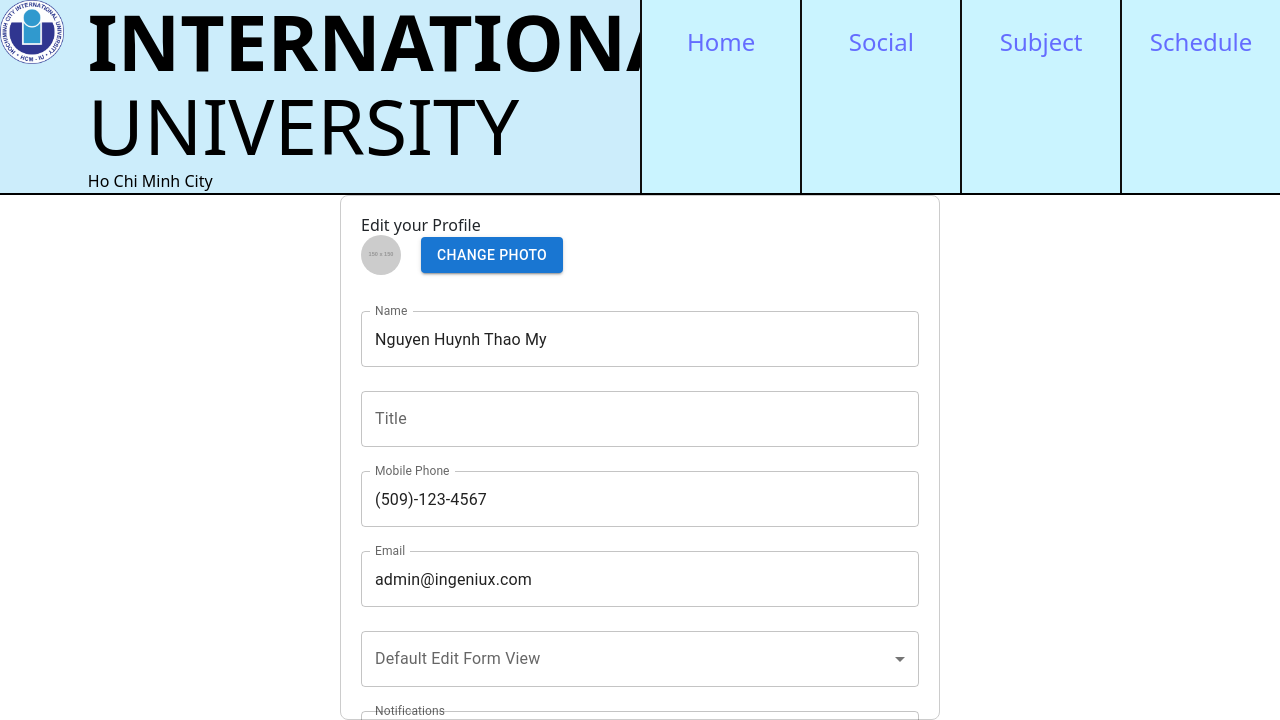
Repository: HarryZ2k3/Cirriculum_manager_SEProj
Page: /edit (app in frontend/)
These files come from the project's save history. The page is drawn as it stood at one moment and after the next save; the edit follows.
The browser window is 1280 px wide. The pictures show the whole page.
The project was rebuilt for these pictures with package versions that can differ from the ones it lists, and the page was loaded fresh each time. Also part of the build but not shown: frontend/vite.config.js, frontend/src/utils/Transition.jsx, frontend/src/pages/NotFound.jsx, frontend/src/routes/Home/HomeComponents.jsx, frontend/src/routes/Home/Home.jsx, frontend/src/routes/LoginSign/Login.jsx, frontend/src/routes/LoginSign/Register.jsx, frontend/src/routes/Subject/Grade.jsx and 9 more.

Above is the page before, as saved 2024-06-09 22:46:41.

### frontend/src/main.jsx
import React from 'react';
import ReactDOM from 'react-dom/client';
//import { Provider } from 'react-redux';
//import { store } from '../src/redux/reducer/index'; // Adjust the path as needed
import App from './App.jsx';
import './index.css';
import { BrowserRouter as Router } from 'react-router-dom';

ReactDOM.createRoot(document.getElementById('root')).render(
  <React.StrictMode>
      <Router>
        <App />
      </Router>
  </React.StrictMode>,
);

### frontend/src/App.jsx
import AnimatedRoutes from './AnimatedRoutes'
import Header from './components/Header'
// import Footer from './components/Footer'

export default function App() {
	return (
		<div className="flex h-screen flex-col">
			<Header />
			<div className="flex flex-1 overflow-hidden">
				<AnimatedRoutes />
			</div>
			{/* <Footer /> */}
		</div>
	)
}

### frontend/src/index.css
:root {
  font-family: Inter, system-ui, Avenir, Helvetica, Arial, sans-serif;
  line-height: 1.5;
  font-weight: 400;

  color-scheme: light dark;
  color: rgba(255, 255, 255, 0.87);
  background-color: #242424;

  font-synthesis: none;
  text-rendering: optimizeLegibility;
  -webkit-font-smoothing: antialiased;
  -moz-osx-font-smoothing: grayscale;
}
@tailwind base;
@tailwind components;
@tailwind utilities;
a {
  font-weight: 500;
  color: #646cff;
  text-decoration: inherit;
}
a:hover {
  color: #535bf2;
}

body {
  margin: 0;
  display: flex;
  place-items: center;
  min-width: 320px;
  min-height: 100vh;
}

h1 {
  font-size: 3.2em;
  line-height: 1.1;
}

button {
  border-radius: 8px;
  border: 1px solid transparent;
  padding: 0.6em 1.2em;
  font-size: 1em;
  font-weight: 500;
  font-family: inherit;
  background-color: #1a1a1a;
  cursor: pointer;
  transition: border-color 0.25s;
}
button:hover {
  border-color: #646cff;
}
button:focus,
button:focus-visible {
  outline: 4px auto -webkit-focus-ring-color;
}

@media (prefers-color-scheme: light) {
  :root {
    color: #213547;
    background-color: #ffffff;
  }
  a:hover {
    color: #747bff;
  }
  button {
    background-color: #f9f9f9;
  }
}

### frontend/src/AnimatedRoutes.jsx
import { Routes, Route, Navigate } from 'react-router-dom'

// Pages
import NotFound from './pages/NotFound'
import Home from './routes/Home/Home'
import Login from './routes/LoginSign/Login'
import Register from './routes/LoginSign/Register'
import Grade from './routes/Subject/Grade'
import Subject from './routes/Subject/Subject'
import Schedule from './routes/Schedule/Schedule'
import Profile from './routes/Profile/Profile'
import Edit from './routes/Edit/Edit'
import Admin from './routes/Admin/Admin'
//import System from './routes/System.jsx'
//import PageLayout from  './routes/pageLayout.jsx'
import "bootstrap/dist/css/bootstrap.min.css"

// export default function AnimatedRoutes() {
// 	return (

		// <Routes>
		// 	<Route path="/" element={<Navigate to="/login" />} />
		// 	<Route path="/login" element={<Login />} />
		// 	<Route path="/register" element={<Register />} />
		// 	{/* <Route path='' element={<System/>}> */}
		// 		{/* <Route path='' element={<PageLayout/>}> */}
		// 			<Route path="/home" element={<Home />} />
		// 			<Route path="/grade" element={<Grade />} />
		// 			<Route path="/profile" element={<Profile />} />
		// 			<Route path="/edit" element={<Edit />} />
		// 			<Route path="/subject" element={<Subject />} />
		// 			<Route path="/schedule" element={<Schedule />} />
		// 			<Route path="/register" element={<Register />} />
		// 			<Route path="*" element={<NotFound />} />
		// 			<Route path="/admin" element = {<Admin/>}/>
		// 			{/* <Route path="/social" element = {<Social/>}/> */}
		// 		{/* </Route> */}
		// 	{/* </Route> */}
		// </Routes>
// 	)
// }


const App = () => {


  return (
	<Routes>
		<Route path="/" element={<Navigate to="/login" />} />
		<Route path="/login" element={<Login />} />
		<Route path="/register" element={<Register />} />
		{/* <Route path='' element={<System/>}> */}
				<Route path="/home" element={<Home />} />
				<Route path="/grade" element={<Grade />} />
				<Route path="/profile" element={<Profile />} />
				<Route path="/edit" element={<Edit />} />
				<Route path="/subject" element={<Subject />} />
				<Route path="/schedule" element={<Schedule />} />
				<Route path="/register" element={<Register />} />
				<Route path="*" element={<NotFound />} />
				<Route path="/admin" element = {<Admin/>}/>
				{/* <Route path="/social" element = {<Social/>}/> */}
		{/* </Route> */}
	</Routes>
  );
}

export default App;

### frontend/src/components/Header.jsx
import { Link } from 'react-router-dom'
import Logo from '../assets/logo/logo.png'

export default function Header() {
	return (
		<header className="flex justify-between divide-x-2 divide-black border-b-2 border-black text-[1.5rem] text-black">
			<div className="flex w-1/2 gap-6 bg-header_bold">
				<img className="inline-block h-16 w-auto" src={Logo} alt="Logo IU" />
				<div className="flex flex-col items-start justify-center">
					<h1 className="uppercase">
						<span className="font-bold">International</span> University
					</h1>
					<span className="text-[1rem]">Ho Chi Minh City</span>
				</div>
			</div>
			<div className="w-1/2">
				<ul className="flex h-full justify-between divide-x-2 divide-black bg-header_light">
					<li className="flex w-full justify-center">
						<Link className="p-4" to="/">
							Home
						</Link>
					</li>
					<li className="flex w-full justify-center">
						<Link className="p-4" to="/social">
							Social
						</Link>
					</li>
					<li className="flex w-full justify-center">
						<Link className="p-4" to="/subject">
							Subject
						</Link>
					</li>
					<li className="flex w-full justify-center">
						<Link className="p-4" to="/schedule">
							Schedule
						</Link>
					</li>
				</ul>
			</div>
		</header>
	)
}

### frontend/src/routes/Edit/Edit.jsx
// import Transition from '../../utils/Transition'

// import { Announcement} from './EditComponents'
// const myData = ["Name Nguyen Huynh Thao My", "ITCSIU21204", "31-03-2003", "0911 884 771", "ITCSIU21204@student.hcmiu.edu.vn", "Vietnam"]
// import { Link } from 'react-router-dom'

// function Edit() {
//   return (
//       <Transition className="flex flex-grow bg-gradient-to-b from-background_top from-0% via-background_mid via-66% to-background_bottom to-100%">
//       {/* <Link to="/login">
//         <button className="my-3 bg-blue-500 hover:bg-blue-700 text-white font-bold py-2 px-4 border border-blue-700 rounded">
//           Login please
//         </button>
//       </Link> */}
//       {/* Main content 3/4 */}

//       {/* Side bar 1/4 */}
//       <div className="flex w-1/3 flex-grow flex-col justify-between overflow-y-auto px-8 py-4">
//         {/* Profile */}
//         <div className="mt-4 flex flex-col items-center justify-center gap-3">
//             <img
//               className="w-48 rounded-full"
//               src="https://placehold.co/400"
//               alt="Avatar"
//             />
//             {/* <h3 className="text-2xl">Mia James</h3> */}
//             <h3 className="text-2xl">JPG or PNG no larger than 5MB</h3>
//             <div>

//             </div>
//         </div>
//       </div>
//       <div className="flex w-2/3 flex-grow flex-col overflow-hidden px-8 py-4">
//             <h1 className="text-left align-middle text-[3rem] text-text_blue tracking-wider">
//                 User information configuration
//                 {/* Name Nguyen Huynh Thao My
//                 ID_card ITCSIU21204
//                 phone +84 911 884 771
//                 gmail: ITCSIU21204@student.hcmiu.edu.vn
//                 religion: Vietnam */}
//             </h1>
//             <div className="flex h-full w-full flex-col gap-2 overflow-y-auto z-10">
//                 {/* Fake data */}
//                 {Array.from({ length: 6 }, (_, i) => (
//                     <Announcement
//                         key={i}
//                         content={myData[i]}
//                     />
//                 ))}
//             </div>
//             <div className="flex w-1/3 flex-grow flex-col justify-between overflow-hidden px-8 py-4">
//         {/* Link to Profile */}
//             <div className="flex items-center justify-evenly gap-2">
//                     <div className="rounded-lg px-3 text-center">
//                         <Link to="/profile">
//                             <button className="rounded-2xl bg-white text-black p-2 px-3">
//                                 Save
//                             </button>
//                         </Link>
//                     </div>
//                     <div className="rounded-lg px-3 text-center">
//                         <Link to="/profile">
//                             <button className="rounded-2xl bg-white text-black p-2 px-3">
//                                 Cancel
//                             </button>
//                         </Link>
//                     </div>

//             </div>
//       </div>
//     </div>

//     </Transition>
//   )
// }

// export default Edit


import { useState } from 'react';
import { Button, TextField, MenuItem, Select, FormControl, InputLabel, Box, Avatar } from '@mui/material';
import './Edit.css';

const Edit = () => {
  const [profile, setProfile] = useState({
    name: 'Nguyen Huynh Thao My',
    StudentID: 'Administrator',
    organization: 'Ingeniux',
    mobilePhone: '(509)-123-4567',
    email: 'admin@ingeniux.com',
    defaultView: '',
    notifications: 'Jobdone',
    dashboardPreferences: '',
    photo: 'https://via.placeholder.com/150'
  });

  const handleInputChange = (e) => {
    const { name, value } = e.target;
    setProfile({ ...profile, [name]: value });
  };

  const handlePhotoChange = (e) => {
    const reader = new FileReader();
    reader.onload = () => {
      if (reader.readyState === 2) {
        setProfile({ ...profile, photo: reader.result });
      }
    };
    reader.readAsDataURL(e.target.files[0]);
  };

  const handleSubmit = (e) => {
    e.preventDefault();
    // Handle form submission
    console.log('Profile updated:', profile);
  };

  return (
    <Box className="profile-edit-container" component="form" onSubmit={handleSubmit}>
      <h2>Edit your Profile</h2>
      <Box className="profile-photo-section">
        <Avatar src={profile.photo} className="profile-avatar" />
        <Button variant="contained" component="label">
          Change Photo
          <input type="file" hidden onChange={handlePhotoChange} />
        </Button>
      </Box>
      <TextField
        label="Name"
        name="name"
        value={profile.name}
        onChange={handleInputChange}
        fullWidth
        margin="normal"
      />
      <TextField
        label="Title"
        name="title"
        value={profile.title}
        onChange={handleInputChange}
        fullWidth
        margin="normal"
      />
      <TextField
        label="Mobile Phone"
        name="mobilePhone"
        value={profile.mobilePhone}
        onChange={handleInputChange}
        fullWidth
        margin="normal"
      />
      <TextField
        label="Email"
        name="email"
        value={profile.email}
        onChange={handleInputChange}
        fullWidth
        margin="normal"
      />
      <FormControl fullWidth margin="normal">
        <InputLabel>Default Edit Form View</InputLabel>
        <Select
          name="defaultView"
          value={profile.defaultView}
          onChange={handleInputChange}
        >
          <MenuItem value=""><em>No Default View</em></MenuItem>
          <MenuItem value="View1">View1</MenuItem>
          <MenuItem value="View2">View2</MenuItem>
        </Select>
      </FormControl>
      <FormControl fullWidth margin="normal">
        <InputLabel>Notifications</InputLabel>
        <Select
          name="notifications"
          value={profile.notifications}
          onChange={handleInputChange}
        >
          <MenuItem value="Jobdone">Jobdone</MenuItem>
          <MenuItem value="All">All</MenuItem>
        </Select>
      </FormControl>
      <TextField
        label="Dashboard Preferences"
        name="dashboardPreferences"
        value={profile.dashboardPreferences}
        onChange={handleInputChange}
        fullWidth
        margin="normal"
        multiline
        rows={4}
      />
      <Box className="profile-edit-actions">
        <Button variant="contained" color="primary" type="submit">Save</Button>
        <Button variant="outlined" color="secondary">Cancel</Button>
      </Box>
    </Box>
  );
};

export default Edit;

### frontend/src/routes/Schedule/Schedule.css
body {
  margin: 0;
  font-family: 'Segoe UI', Tahoma, Geneva, Verdana, sans-serif;
  background-color: #f0f2f5;
}

.schedule-container {
  display: flex;
  flex-direction: column;
  height: 100vh;
  width: 100vw;
  padding: 20px;
  box-sizing: border-box;
  background-color: #fff;
  border-radius: 8px;
  box-shadow: 0 0 20px rgba(0, 0, 0, 0.1);
}

.controls {
  display: flex;
  justify-content: space-between;
  margin-bottom: 20px;
}

.calendar-container {
  flex-grow: 1;
  height: 100%;
  overflow: hidden;
  border-radius: 8px;
}

.switch-button {
  display: flex;
}

.switch-button button {
  padding: 10px 20px;
  margin-right: 10px;
  background-color: #007bff;
  color: white;
  border: none;
  border-radius: 4px;
  cursor: pointer;
  transition: background-color 0.3s, transform 0.3s, box-shadow 0.3s;
}

.switch-button button.active {
  background-color: #0056b3;
}

.switch-button button:hover:not(.active) {
  background-color: #0056b3;
  transform: scale(1.05);
  box-shadow: 0 4px 10px rgba(0, 0, 0, 0.2);
}

.event-tooltip {
  position: absolute;
  background-color: rgba(255, 255, 255, 0.9);
  border: 1px solid #ccc;
  box-shadow: 0 0 10px rgba(0, 0, 0, 0.1);
  padding: 10px;
  border-radius: 8px;
  z-index: 1000;
  pointer-events: none;
  transition: opacity 0.2s;
}

.event-tooltip p {
  margin: 5px 0;
  color: #333;
}

### frontend/src/routes/Profile/Profile.css
.profile-edit-container {
    max-width: 600px;
    margin: 0 auto;
    padding: 20px;
    border: 1px solid #ccc;
    border-radius: 8px;
    background-color: #fff;
  }

  .profile-photo-section {
    display: flex;
    align-items: center;
    margin-bottom: 20px;
  }

  .profile-avatar {
    width: 150px;
    height: 150px;
    margin-right: 20px;
  }

  .profile-edit-actions {
    display: flex;
    justify-content: space-between;
    margin-top: 20px;
  }

### frontend/src/routes/Edit/Edit.css
.profile-edit-container {
    max-width: 600px;
    margin: 0 auto;
    padding: 20px;
    border: 1px solid #ccc;
    border-radius: 8px;
    background-color: #fff;
  }

  .profile-photo-section {
    display: flex;
    align-items: center;
    margin-bottom: 20px;
  }

  .profile-avatar {
    width: 150px;
    height: 150px;
    margin-right: 20px;
  }

  .profile-edit-actions {
    display: flex;
    justify-content: space-between;
    margin-top: 20px;
  }

### frontend/tailwind.config.js
/** @type {import('tailwindcss').Config} */

import daisyui from 'daisyui'

export default {
	content: ['./index.html', './src/**/*.{js,ts,jsx,tsx}'],
	theme: {
		extend: {
			colors: {
				background_top:'#FFFFFF',
				background_mid: '#FEFEFE',
				background_bottom:'#E1FBFF',
				text_blue: '#146C94',
				text_gray: '#6B7174',
				text_dark: '#0E0E0E',
				header_light: '#CAF4FF',
				header_bold: '#CCEDFB',
				card_home: '#F7FAF9',
				card_gray: '#6B7174',
				card_subcard: '#EAECEB',
				card_blue: '#E1FAF9',
				white: '#FEFEFE',
				black: '#0E0E0E'
			},
			fontFamily: {
				sans: ['Montserrat', 'sans-serif'],
			},
		},
	},
	plugins: [daisyui],
}

Loaded but not shown: frontend/index.html (common file)

After the next save:
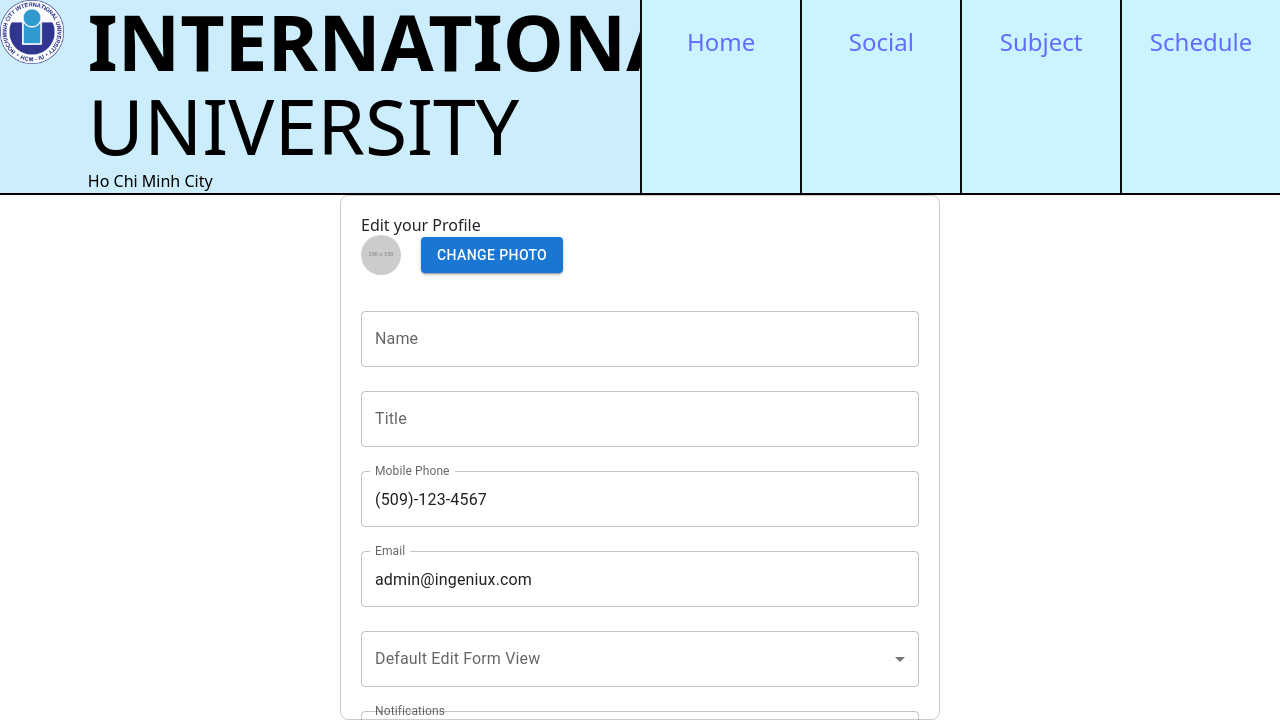
Saved 5 s later.
--- a/frontend/src/routes/Edit/Edit.jsx
+++ b/frontend/src/routes/Edit/Edit.jsx
@@ -83,7 +83,7 @@
 
 const Edit = () => {
   const [profile, setProfile] = useState({
-    name: 'Nguyen Huynh Thao My',
+    StudentName: 'Nguyen Huynh Thao My',
     StudentID: 'Administrator',
     organization: 'Ingeniux',
     mobilePhone: '(509)-123-4567',
